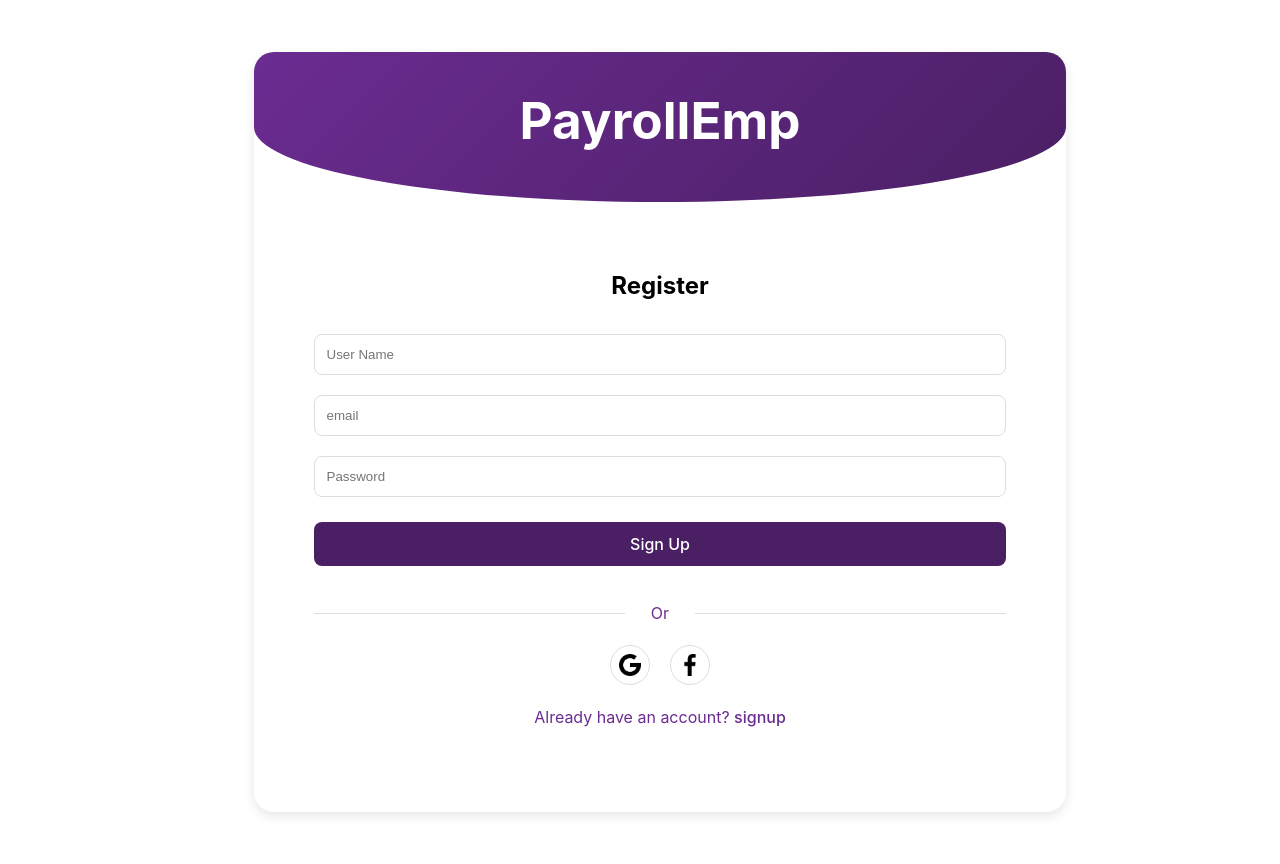
Repository: nino-pixel/payrolllatest
Page: /signup (app in web_vue/)
An editor plug-in stored every save of this project. The page is shown before and after the next save, followed by the edit.
The browser window is 1280 px wide. The pictures show the whole page.
The project was rebuilt for these pictures with package versions that can differ from the ones it lists, and the page was loaded fresh each time. Also part of the build but not shown: web_vue/vite.config.js, web_vue/src/components/login_page.vue.

Above is the page before, as saved 2024-12-18 19:39:54.

### web_vue/src/App.vue

<template>
 <router-view></router-view>

</template>

<script>
import login_page from './components/login_page.vue'
 // Import the component

export default {
  name: 'App',
  components: {
    login_page,
  }
}
</script>
<style scoped>
.logo {
  height: 6em;
  padding: 1.5em;
  will-change: filter;
  transition: filter 300ms;
}
.logo:hover {
  filter: drop-shadow(0 0 2em #646cffaa);
}
.logo.vue:hover {
  filter: drop-shadow(0 0 2em #42b883aa);
}
</style>

### web_vue/src/router/index.js
import { createRouter, createWebHistory } from 'vue-router'
import LoginPage from '../components/login_page.vue'
import SignupPage from '../components/sign_up.vue'


const routes = [
  {
    path: '/',
    name: 'Login',
    component: LoginPage
  },
  {
    path: '/signup',
    name: 'Signup',
    component: SignupPage
  }
  // Add other routes here as needed
]

const router = createRouter({
  history: createWebHistory(),
  routes
})

export default router

### web_vue/src/components/sign_up.vue
<template>
  <div class="signup-container">
    <div class="wave-bg"></div>
    <h1>PayrollEmp</h1>

    <div class="signup-form">
      <h2>Register</h2>
      <input
        type="text"
        v-model="username"
        placeholder="User Name"
      >
      <input
        type="text"
        v-model="email"
        placeholder="email"
      >
      <input
        type="password"
        v-model="password"
        placeholder="Password"
      >
      <button
        class="sign-up"
        @click="handlesignup"
      >
        Sign Up
      </button>

      <div class="divider">
        <span>Or</span>
      </div>

      <div class="social-signup">
        <button class="google" @click="handleGooglesignup">
          <img src="../assets/google-icon.png" alt="Google">
        </button>
        <button class="facebook" @click="handleFacebooksignup">
          <img src="../assets/facebook-icon.png" alt="Facebook">

        </button>
      </div>

      <p class="signup-link">
    Already have an account?
    <router-link :to="{path: '/'}">signup</router-link>
  </p>
    </div>
  </div>
</template>

<script>
export default {
  name: 'signupPage',
  data() {
    return {
      username: '',
      password: ''
    }
  },
  methods: {
    handlesignup() {
      // Implement signup logic here
      console.log('signup attempt with:', {
        username: this.username,
        password: this.password
      })
    },
    handleGooglesignup() {
      // Implement Google signup logic
      console.log('Google signup clicked')
    },
    handleFacebooksignup() {
      // Implement Facebook signup logic
      console.log('Facebook signup clicked')
    },
    goToSignup() {
      // Implement navigation to signup page
      console.log('Navigate to signup')
      // this.$router.push('/signup')
    }
  }
}
</script>

<style scoped>
h2{
  color: black;
}
/* Your existing CSS remains the same */
body {
    margin: 0;
    font-family: Arial, sans-serif;
    background: #f5f5f5;
}

.signup-container {
  width: 100%;
    position: relative;
    min-height: 100vh;  /* Changed from max-width to min-height */
    margin: 20px auto;
    padding: 20px;
    background: white;
    border-radius: 20px;
    box-shadow: 0 4px 12px rgba(0,0,0,0.1);
    display: flex;      /* Added for better centering */
    flex-direction: column;
    align-items: center;
}

.wave-bg {
    position: absolute;
    top: 0;
    left: 0;
    right: 0;
    height: 150px;
    background: linear-gradient(135deg, #6b2c91, #4a1f64);
    border-radius: 20px 20px 50% 50%;
}

h1 {
    color: white;
    position: relative;
    margin: 20px;
}

.signup-form {
    padding: 20px;
    margin-top: 60px;
}

input {
    width: 100%;
    padding: 12px;
    margin: 10px 0;
    border: 1px solid #ddd;
    border-radius: 8px;
    box-sizing: border-box;
}

.sign-up {
    width: 100%;
    padding: 12px;
    background: #4a1f64;
    color: white;
    border: none;
    border-radius: 8px;
    margin: 15px 0;
    cursor: pointer;
}

.divider {
    text-align: center;
    margin: 20px 0;
    position: relative;

    color: #6b2c91;
}

.divider::before,
.divider::after {
    content: "";
    position: absolute;
    top: 50%;
    width: 45%;
    height: 1px;
    background: #ddd;

    color: #6b2c91;
}

.divider::before { left: 0; }
.divider::after { right: 0; }

.social-signup {
    display: flex;
    justify-content: center;
    gap: 20px;
}

.social-signup button {
    width: 40px;
    height: 40px;
    border-radius: 50%;
    border: 1px solid #ddd;
    background: white;
    cursor: pointer;
    padding: 8px;
}

.social-signup img {
    width: 100%;
    height: 100%;
    object-fit: contain;
}

.signup-link {
    text-align: center;
    margin-top: 20px;
    color: #6b2c91;

}

.signup-link a {
    color: #6b2c91;
    text-decoration: none;
}
</style>

Loaded but not shown: web_vue/src/main.js (common file); web_vue/src/style.css (common file)

After the next save:
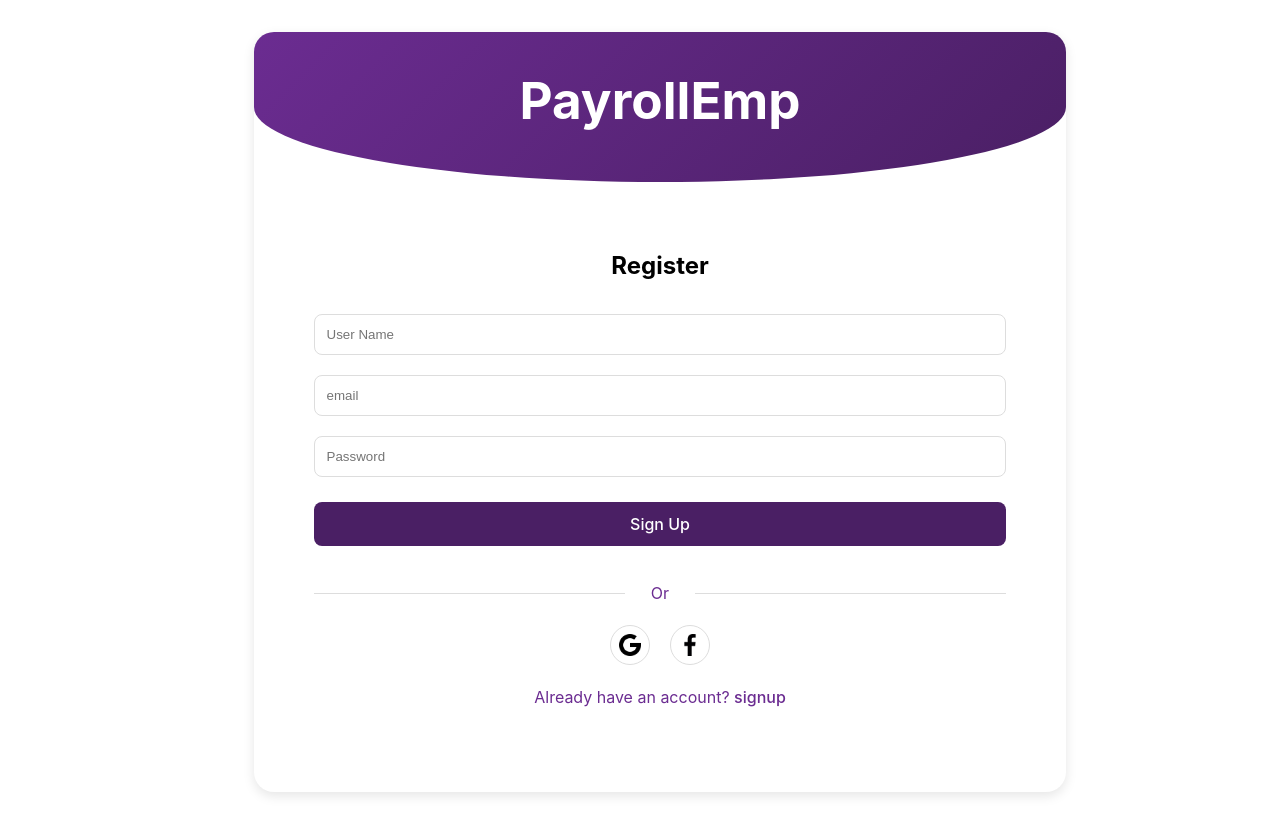
Saved 12 s later.
--- a/web_vue/src/components/sign_up.vue
+++ b/web_vue/src/components/sign_up.vue
@@ -98,7 +98,6 @@ body {
   width: 100%;
     position: relative;
     min-height: 100vh;  /* Changed from max-width to min-height */
-    margin: 20px auto;
     padding: 20px;
     background: white;
     border-radius: 20px;
